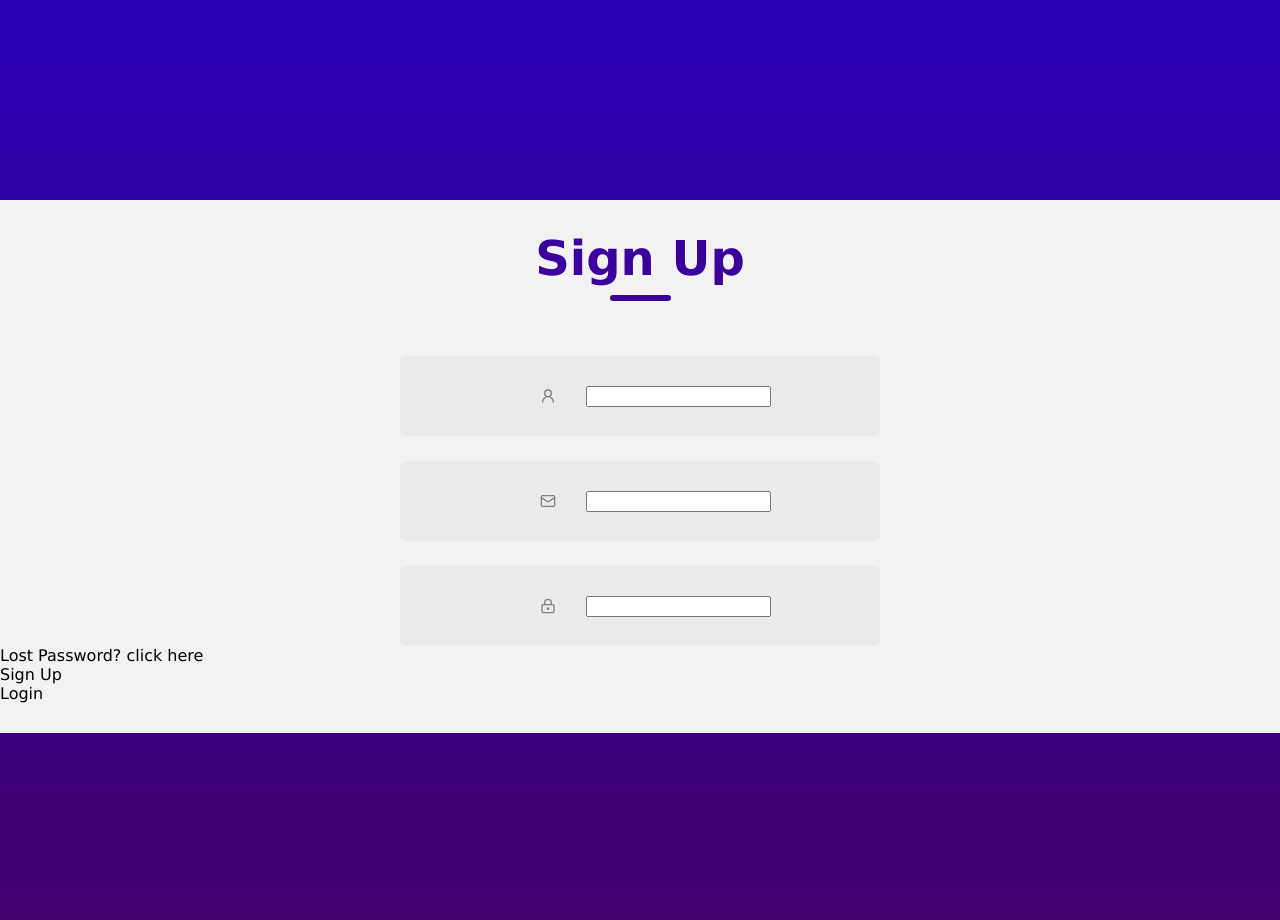
Repository: guilhermecardoso93/login-page
Page: /
The author's editor kept a copy of each file at every save. The page is drawn from the files as they stood at one save, then again after the next save.
The browser window is 1280 px wide. The pictures show the whole page.
The project was rebuilt for these pictures with package versions that can differ from the ones it lists, and the page was loaded fresh each time. Also part of the build but not shown: vite.config.js.

Above is the page before, as saved 2024-10-22 19:26:20.

After the next save:
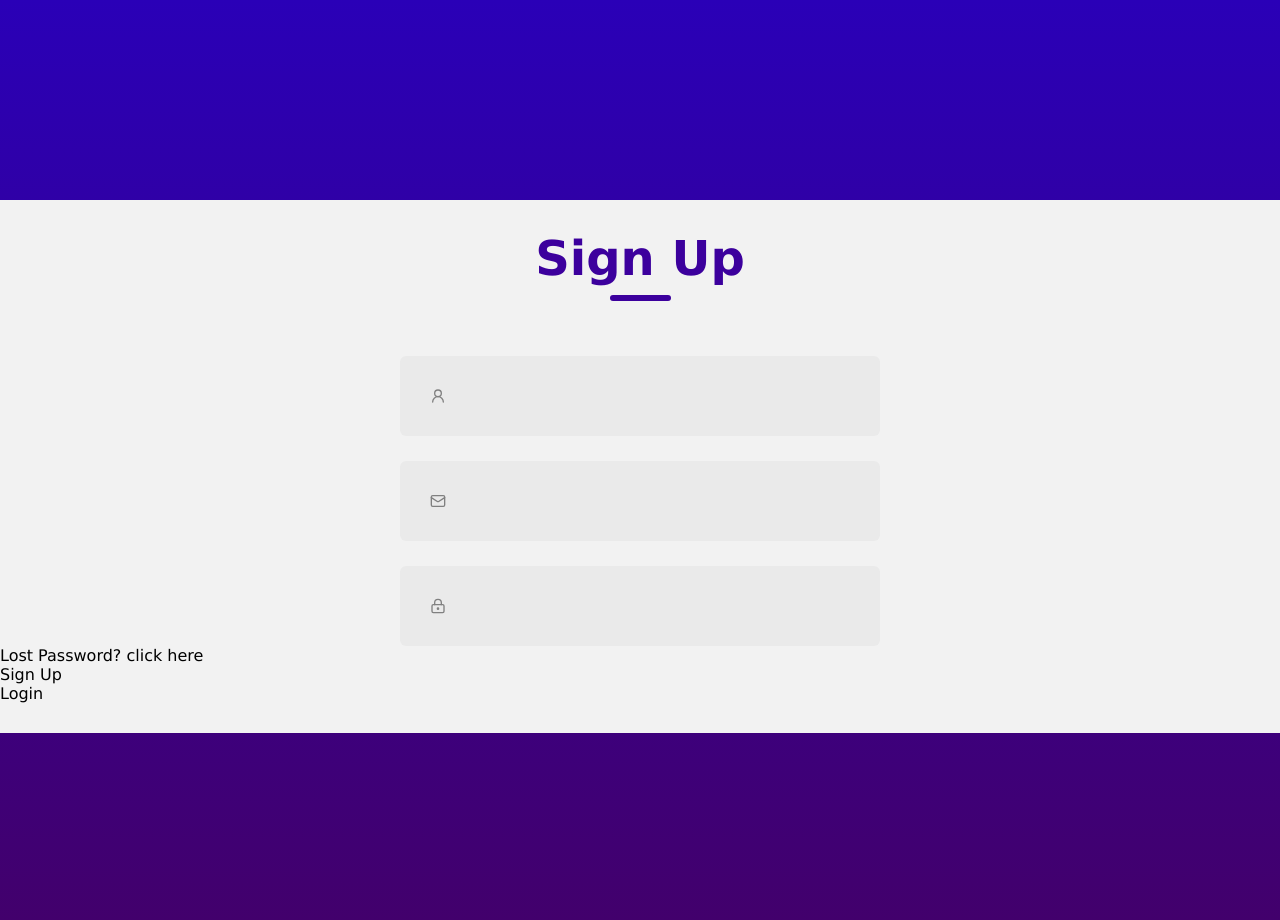
Saved 73 s later.
--- a/src/components/Login/Login.css
+++ b/src/components/Login/Login.css
@@ -50,3 +50,13 @@ header span {
 .input .icon {
   margin: 0px 30px;
 }
+
+.input input {
+  height: 50px;
+  width: 400px;
+  background: transparent;
+  border: none;
+  outline: none;
+  color: #797979;
+  font-size: 19px;
+}
